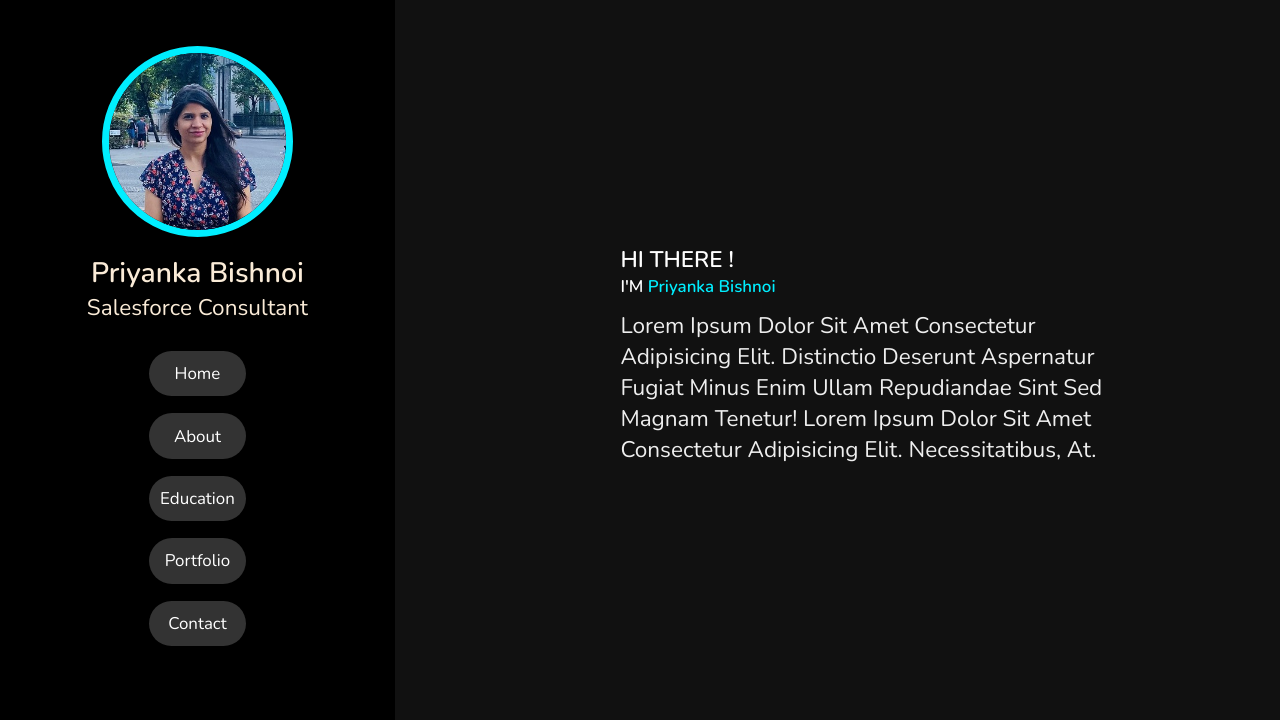
Repository: priyanka-bishnoi/PortfolioPage
Page: MyPage.html
An editor plug-in stored every save of this project. The page is shown before and after the next save, followed by the edit.
The browser window is 1280 px wide. The pictures show the whole page.

Above is the page before, as saved 2022-10-08 16:51:42.

After the next save:
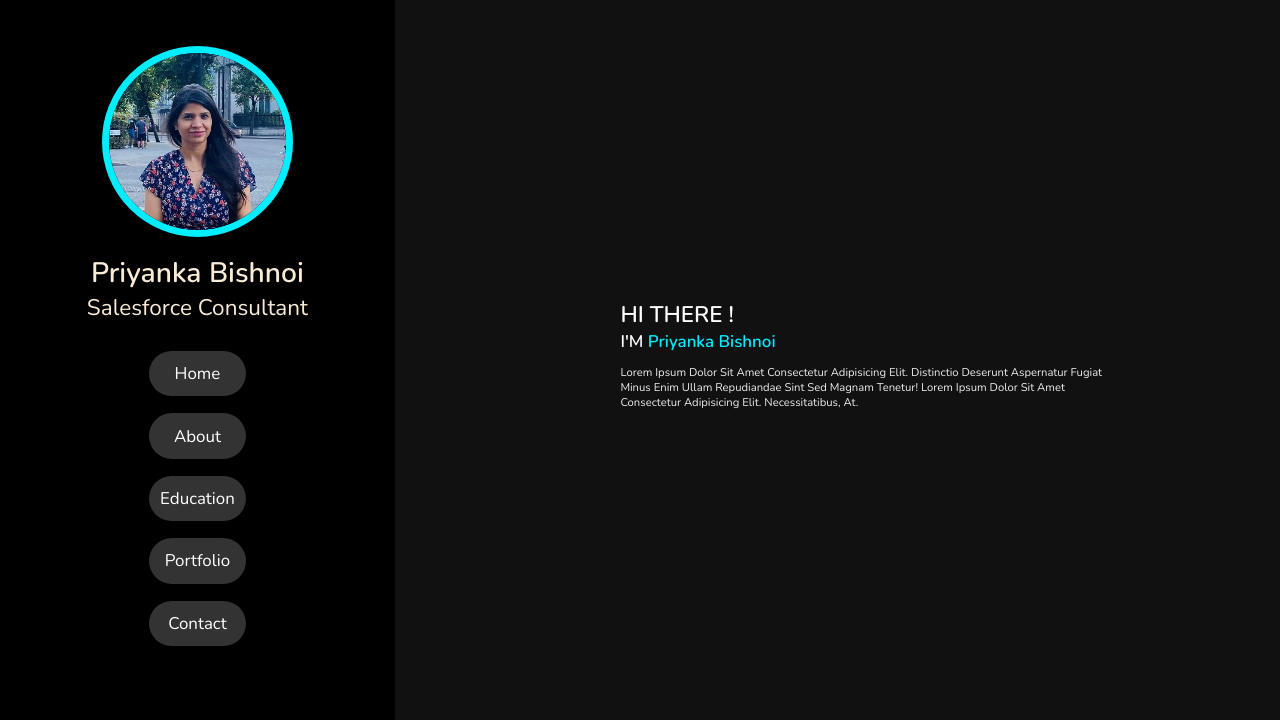
Saved 7 s later.
--- a/css/style.css
+++ b/css/style.css
@@ -100,7 +100,7 @@
 }
 
 .home p{
-    font-size:2rem;
+    font-size:1rem;
     color:#eee;
     padding: 1rem 0;
 }

After the save that followed:
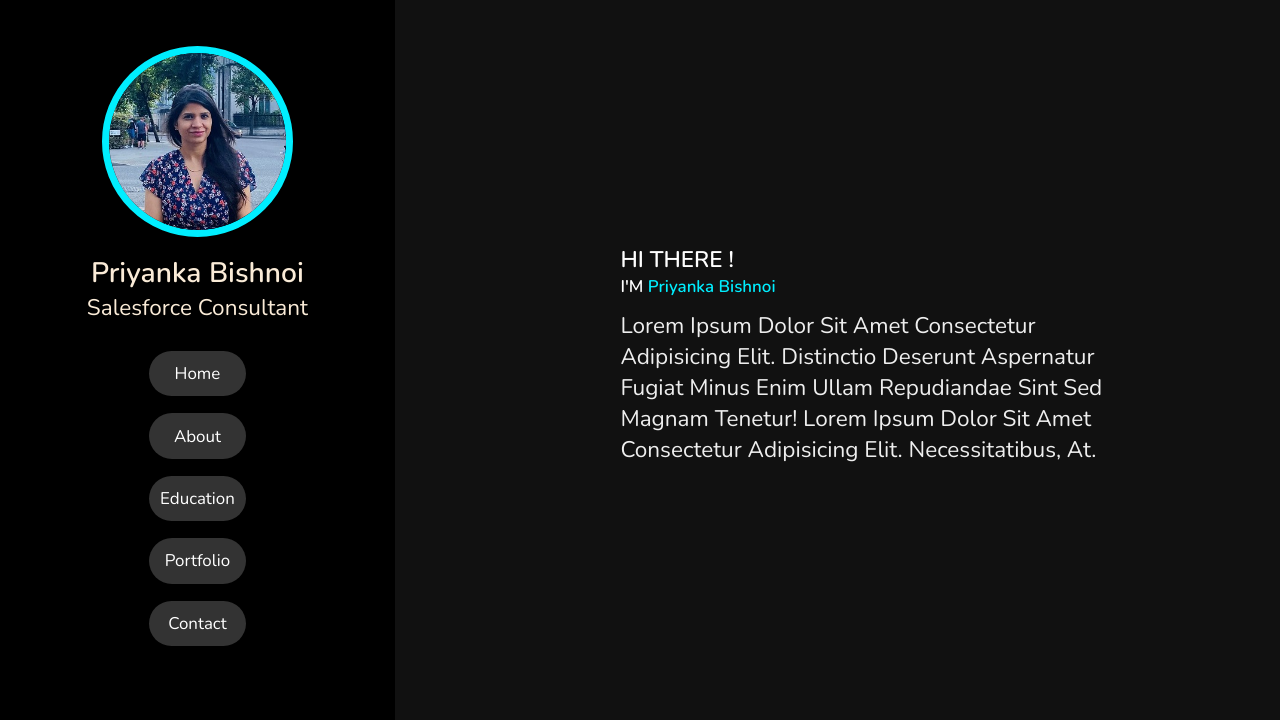
Saved 16 s later.
--- a/css/style.css
+++ b/css/style.css
@@ -100,7 +100,7 @@
 }
 
 .home p{
-    font-size:1rem;
+    font-size:2rem;
     color:#eee;
     padding: 1rem 0;
 }
